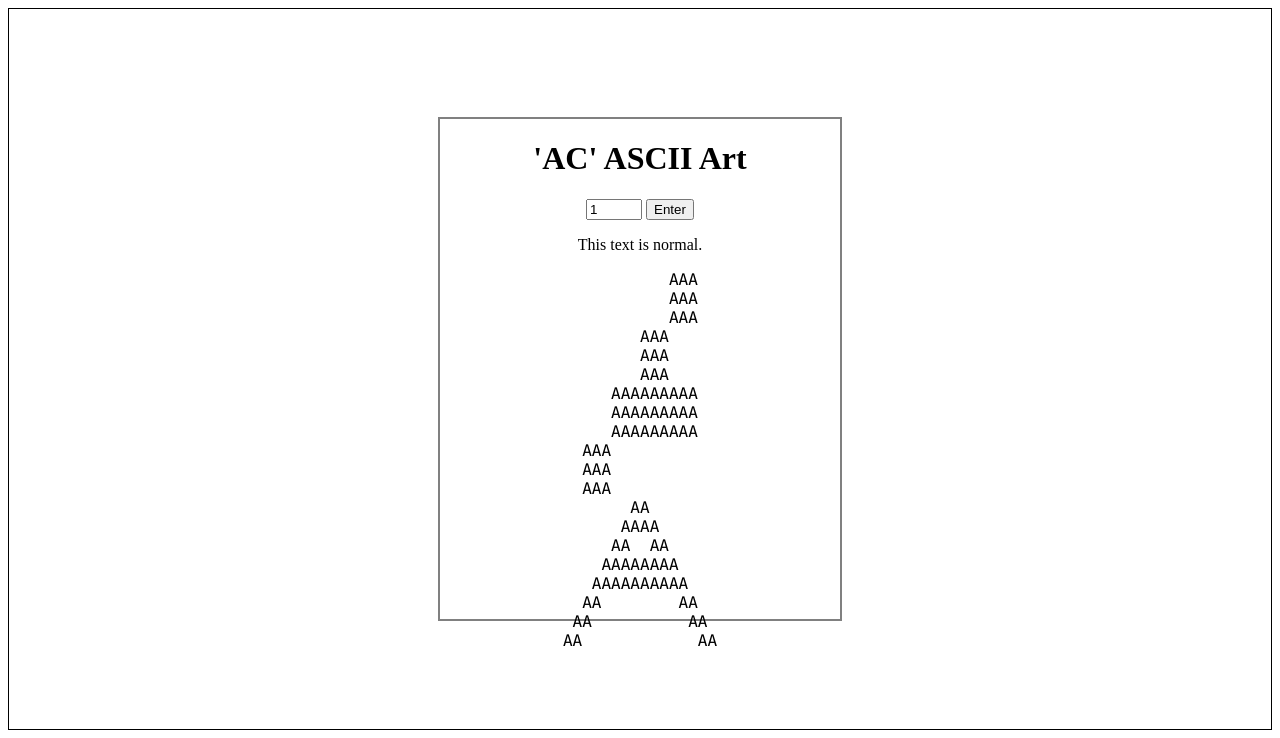
Repository: Achorn/ascii-art
Page: index.html
These files come from the project's save history. The page is drawn as it stood at one moment and after the next save; the edit follows.
The browser window is 1280 px wide. The pictures show the whole page.

Above is the page before, as saved 2021-08-09 17:07:31.

After the next save:
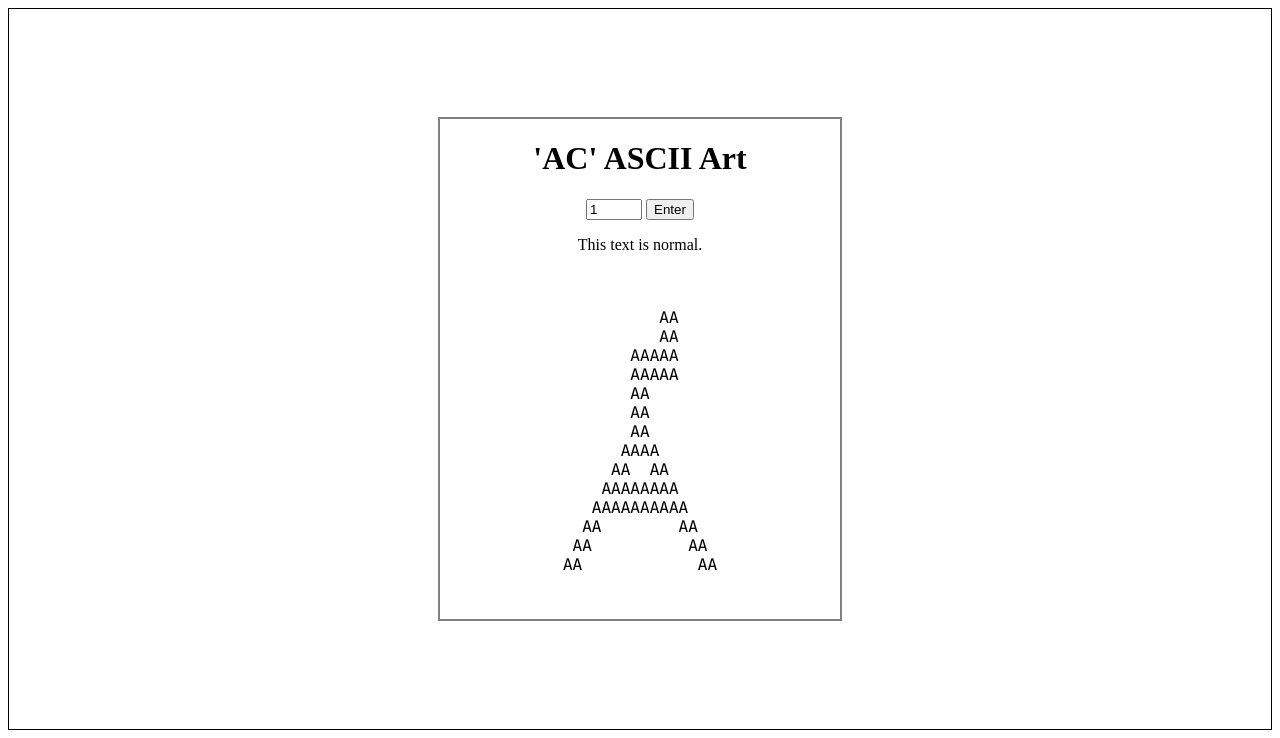
Saved 7 s later.
--- a/myscripts.js
+++ b/myscripts.js
@@ -194,5 +194,5 @@ let mono = document.getElementById("mono");
 let scaled = scaleSpread(four, 2);
 trimA(scaled, 3);
 
-mono.innerHTML = arrToString(scaleSpread(four, 3));
+mono.innerHTML = arrToString(scaled);
 mono.innerHTML += arrToString(scaleSpread(eight, 1));
